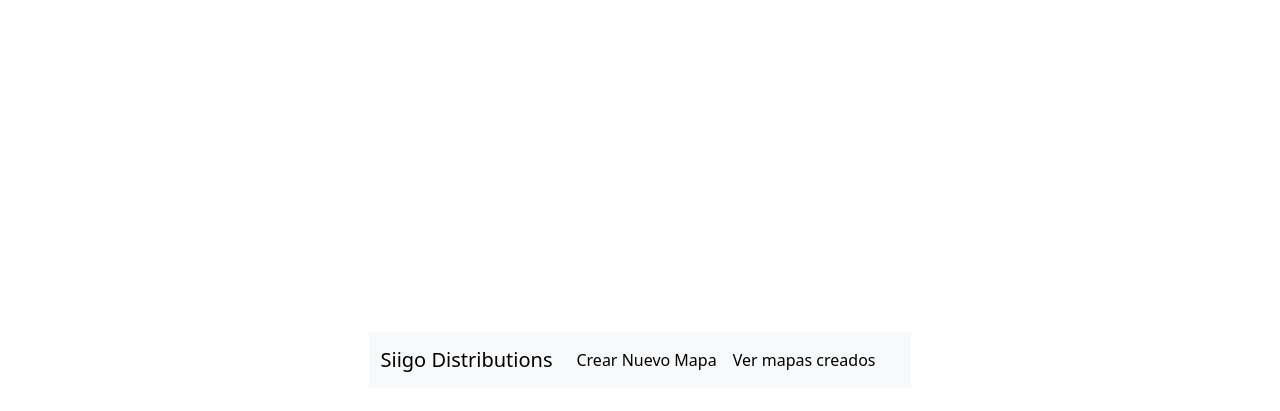
Repository: DevArthuro/Siigo-Distributions
Page: / (app in frontend/)
The author's editor kept a copy of each file at every save. The page is drawn from the files as they stood at one save, then again after the next save.
The browser window is 1280 px wide. The pictures show the whole page.
The project was rebuilt for these pictures with package versions that can differ from the ones it lists, and the page was loaded fresh each time. Also part of the build but not shown: frontend/vite.config.js.

Above is the page before, as saved 2023-09-26 11:18:45.

### frontend/src/main.js
import { createApp } from 'vue'
import './style.css'
import App from './App.vue'

// Manage to routes
import routes from './routes'

// Import libraries to bootstrap in the folder node_modules
import 'bootstrap/dist/css/bootstrap.min.css'
import 'bootstrap/dist/js/bootstrap.bundle'


const app = createApp(App)

app.use(routes)

app.mount('#app')

### frontend/src/App.vue
<template>
    <router-view/>
</template>

### frontend/src/routes/index.js
import {createRouter, createWebHistory} from 'vue-router';
import dashboard from '../views/DashBoard.vue';

const routes = [
    {
        path: '/',
        name: 'DashBoard',
        component: dashboard
    },

];

const router = createRouter({
    history: createWebHistory(),
    routes
});

export default router;

### frontend/src/views/DashBoard.vue
<template>
    <navbar/>
</template>

<script setup>

import navbar from '../components/Navbar.vue'

</script>

### frontend/src/components/Navbar.vue
<template>
    <nav class="navbar navbar-expand-lg navbar-light bg-light">
        <div class="container-fluid">
          <a class="navbar-brand" href="#">Siigo Distributions</a>
          <button class="navbar-toggler" type="button" data-bs-toggle="collapse" data-bs-target="#navbarNavAltMarkup" aria-controls="navbarNavAltMarkup" aria-expanded="false" aria-label="Toggle navigation">
            <span class="navbar-toggler-icon"></span>
          </button>
          <div class="collapse navbar-collapse d-flex justify-content-end me-3" id="navbarNavAltMarkup">
            <div class="navbar-nav">
              <a class="nav-link active" aria-current="page" href="#">Crear Nuevo Mapa</a>
              <a class="nav-link active" aria-current="page" href="#">Ver mapas creados</a>
            </div>
          </div>
        </div>
      </nav>
</template>

Loaded but not shown: frontend/index.html (common file); frontend/src/style.css (common file)

After the next save:
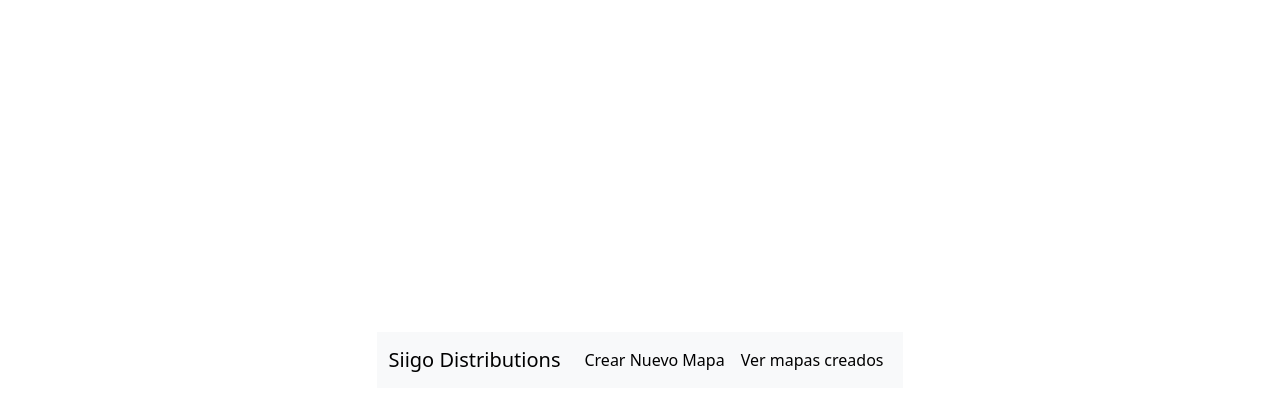
Saved 18 s later.
--- a/frontend/src/components/Navbar.vue
+++ b/frontend/src/components/Navbar.vue
@@ -5,7 +5,7 @@
           <button class="navbar-toggler" type="button" data-bs-toggle="collapse" data-bs-target="#navbarNavAltMarkup" aria-controls="navbarNavAltMarkup" aria-expanded="false" aria-label="Toggle navigation">
             <span class="navbar-toggler-icon"></span>
           </button>
-          <div class="collapse navbar-collapse d-flex justify-content-end me-3" id="navbarNavAltMarkup">
+          <div class="collapse navbar-collapse d-flex" id="navbarNavAltMarkup">
             <div class="navbar-nav">
               <a class="nav-link active" aria-current="page" href="#">Crear Nuevo Mapa</a>
               <a class="nav-link active" aria-current="page" href="#">Ver mapas creados</a>
